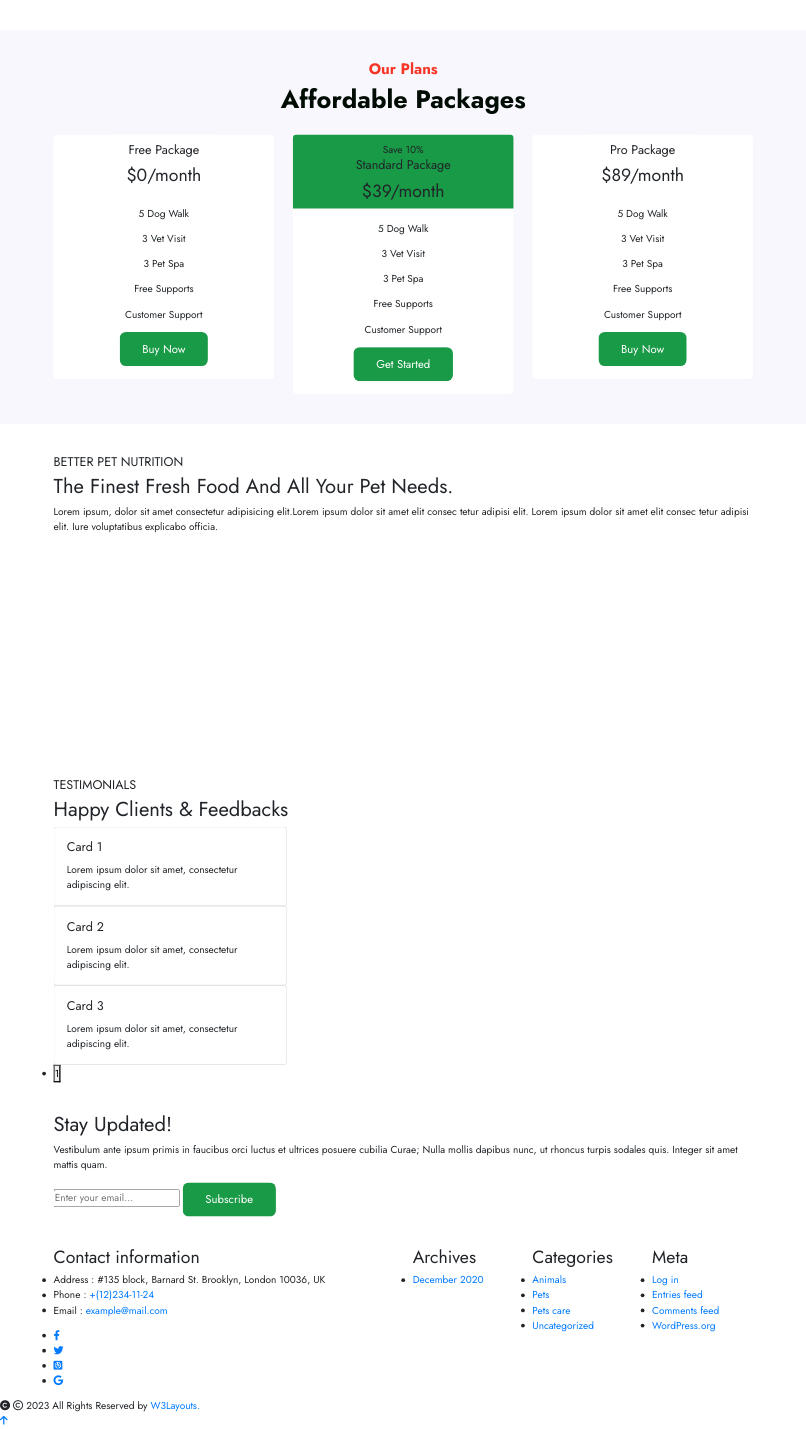
Repository: thanhfrankie/poochcare
Page: index.html
The author's editor kept a copy of each file at every save. The page is drawn from the files as they stood at one save, then again after a run of saves.
The browser window is 1280 px wide. The pictures show the whole page, at 63% of full size.
Pictures or frames that could not be fetched are drawn as grey boxes.

Above is the page before, as saved 2023-12-20 22:26:30.

### index.html
<!DOCTYPE html>
<html lang="en">
  <head>
    <title>Pooch Care</title>
    <!-- Required meta tags -->
    <meta charset="utf-8" />
    <meta
      name="viewport"
      content="width=device-width, initial-scale=1, shrink-to-fit=no"
    />
    <!-- FONT AWESOME -->
    <link
      rel="stylesheet"
      href="https://cdnjs.cloudflare.com/ajax/libs/font-awesome/6.4.2/css/all.min.css"
      integrity="sha512-z3gLpd7yknf1YoNbCzqRKc4qyor8gaKU1qmn+CShxbuBusANI9QpRohGBreCFkKxLhei6S9CQXFEbbKuqLg0DA=="
      crossorigin="anonymous"
      referrerpolicy="no-referrer"
    />
    <!-- Bootstrap CSS -->
    <link
      rel="stylesheet"
      href="https://stackpath.bootstrapcdn.com/bootstrap/4.3.1/css/bootstrap.min.css"
      integrity="sha384-ggOyR0iXCbMQv3Xipma34MD+dH/1fQ784/j6cY/iJTQUOhcWr7x9JvoRxT2MZw1T"
      crossorigin="anonymous"
    />
    <!-- Font Jost -->
    <link rel="preconnect" href="https://fonts.googleapis.com" />
    <link rel="preconnect" href="https://fonts.gstatic.com" crossorigin />
    <link
      href="https://fonts.googleapis.com/css2?family=Jost:wght@300;400;700&display=swap"
      rel="stylesheet"
    />
    <!-- Pricing CSS -->
    <link rel="stylesheet" href="./css/pricing.css" />
    <!-- pet food CSS (em đặt tên nutrition hay pet-nutrition hay pet__nutrition nó không cho đặt vậy ạ) -->
    <link rel="stylesheet" href="./css/petfood.css" />
    <!-- Testimonials CSS -->
    <link rel="stylesheet" href="./css/testimonials.css" />
    <!-- Subscribe CSS -->
    <link rel="stylesheet" href="./css/subscribe.css" />
    <!-- footer CSS -->
    <link rel="stylesheet" href="./css/footer.css" />
    <!-- Main CSS -->
    <link rel="stylesheet" href="./css/style.css" />
  </head>
  <body>
    <!-- Pricing -->
    <section class="pricing" id="pricing">
      <div class="container mt-5 py-5">
        <div class="title">
          <h4>Our Plans</h4>
          <h2>Affordable Packages</h2>
        </div>
        <div class="row mt-6 ">
          <!-- Pricing Card 1 -->
          <div class="col-lg-4">
            <div class="card">
              <div class="card-header">
                <h5 class="card-title">Free Package</h5>
                <h3 class="card-text">$0/month</h3>
              </div>
              <div class="card-body">
                <p class="card-text">5 Dog Walk</p>
                <p class="card-text">3 Vet Visit</p>
                <p class="card-text">3 Pet Spa</p>
                <p class="card-text">Free Supports</p>
                <p class="card-text">Customer Support</p>
                <a href="#" class="btn btn-buy">Buy Now</a>
              </div>
            </div>
          </div>

          <!-- Pricing Card 2 -->
          <div class="col-lg-4">
            <div class="card card2">
              <div class="card-header">
                <div class="card-save">Save 10%</div>
                <h5 class="card-title">Standard Package</h5>
                <h3 class="card-text">$39/month</h3>
              </div>
              <div class="card-body">
                <p class="card-text">5 Dog Walk</p>
                <p class="card-text">3 Vet Visit</p>
                <p class="card-text">3 Pet Spa</p>
                <p class="card-text">Free Supports</p>
                <p class="card-text">Customer Support</p>
                <a href="#" class="btn btn-buy">Get Started</a>
              </div>
            </div>
          </div>

          <!-- Pricing Card 3 -->
          <div class="col-lg-4">
            <div class="card">
              <div class="card-header">
                <h5 class="card-title">Pro Package</h5>
                <h3 class="card-text">$89/month</h3>
              </div>
              <div class="card-body">
                <p class="card-text">5 Dog Walk</p>
                <p class="card-text">3 Vet Visit</p>
                <p class="card-text">3 Pet Spa</p>
                <p class="card-text">Free Supports</p>
                <p class="card-text">Customer Support</p>
                <a href="#" class="btn btn-buy">Buy Now</a>
              </div>
            </div>
          </div>
        </div>
      </div>
    </section>
    <!-- PET NUTRITION -->
    <section class="nutrition">
      <div class="container mt-5">
        <h5>BETTER PET NUTRITION</h5>
        <h2>The Finest Fresh Food And All Your Pet Needs.</h2>
        <p>
          Lorem ipsum, dolor sit amet consectetur adipisicing elit.Lorem ipsum
          dolor sit amet elit consec tetur adipisi elit. Lorem ipsum dolor sit
          amet elit consec tetur adipisi elit. Iure voluptatibus explicabo
          officia.
        </p>
        <iframe
          width="560"
          height="315"
          src="https://www.youtube.com/embed/JXUTJNv4j6A?si=1nzgvqwKbkVzJ4BS"
          title="YouTube video player"
          frameborder="0"
          allow="accelerometer; autoplay; clipboard-write; encrypted-media; gyroscope; picture-in-picture; web-share"
          allowfullscreen
        ></iframe>
      </div>
    </section>
    <!-- TESTIMONIALS -->
    <section class="testimonial">
      <div class="container mt-5">
        <h5>TESTIMONIALS</h5>
        <h2>Happy Clients & Feedbacks</h2>
        <div class="slick-carousel">
          <!-- Slick Carousel Item 1 -->
          <div class="card">
            <div class="card-body">
              <h5 class="card-title">Card 1</h5>
              <p class="card-text">
                Lorem ipsum dolor sit amet, consectetur adipiscing elit.
              </p>
            </div>
          </div>

          <!-- Slick Carousel Item 2 -->
          <div class="card">
            <div class="card-body">
              <h5 class="card-title">Card 2</h5>
              <p class="card-text">
                Lorem ipsum dolor sit amet, consectetur adipiscing elit.
              </p>
            </div>
          </div>

          <!-- Slick Carousel Item 3 -->
          <div class="card">
            <div class="card-body">
              <h5 class="card-title">Card 3</h5>
              <p class="card-text">
                Lorem ipsum dolor sit amet, consectetur adipiscing elit.
              </p>
            </div>
          </div>
        </div>
      </div>
    </section>
    <!-- Subscribe -->
    <section class="subscribe">
      <div class="container mt-5">
        <h2>Stay Updated!</h2>
        <p>
          Vestibulum ante ipsum primis in faucibus orci luctus et ultrices
          posuere cubilia Curae; Nulla mollis dapibus nunc, ut rhoncus turpis
          sodales quis. Integer sit amet mattis quam.
        </p>
        <input
          type="email"
          name=""
          id="subscribe"
          placeholder="Enter your email..."
        />
        <button class="btn">Subscribe</button>
      </div>
    </section>
    <footer>
      <div class="container mt-5">
        <div class="row">
          <div class="col-lg-6">
            <h3>Contact information</h3>
            <ul class="footer__contact">
              <li>
                Address : #135 block, Barnard St. Brooklyn, London 10036, UK
              </li>
              <li>
                Phone :
                <span>
                  <a href="#">+(12)234-11-24</a>
                </span>
              </li>
              <li>
                Email :
                <span>
                  <a href="#">example@mail.com</a>
                </span>
              </li>
            </ul>
            <ul class="footer__social">
              <li>
                <a href="https://www.facebook.com/w3layouts/">
                  <i class="fa-brands fa-facebook-f"></i
                ></a>
              </li>
              <li>
                <a href="https://twitter.com/W3layouts"
                  ><i class="fa-brands fa-twitter"></i
                ></a>
              </li>
              <li>
                <a href="https://dribbble.com/w3layouts"
                  ><i class="fa-brands fa-square-dribbble"></i
                ></a>
              </li>
              <li>
                <a href="https://myaccount.google.com/intro/profile"
                  ><i class="fa-brands fa-google"></i
                ></a>
              </li>
            </ul>
          </div>
          <div class="col-lg-6">
            <div class="row">
              <div class="col-sm-4">
                <h3>Archives</h3>
                <ul>
                  <li>
                    <a href="#"> December 2020 </a>
                  </li>
                </ul>
              </div>
              <div class="col-sm-4">
                <h3>Categories</h3>
                <ul>
                  <li>
                    <a href="#"> Animals </a>
                  </li>
                  <li>
                    <a href="#"> Pets </a>
                  </li>
                  <li>
                    <a href="#"> Pets care </a>
                  </li>
                  <li>
                    <a href="#"> Uncategorized </a>
                  </li>
                </ul>
              </div>
              <div class="col-sm-4">
                <h3>Meta</h3>
                <ul>
                  <li>
                    <a href="#"> Log in </a>
                  </li>
                  <li>
                    <a href="#"> Entries feed </a>
                  </li>
                  <li>
                    <a href="#"> Comments feed </a>
                  </li>
                  <li>
                    <a href="#"> WordPress.org </a>
                  </li>
                </ul>
              </div>
            </div>
          </div>
        </div>
      </div>
      <div class="copyright">
        <i class="fa fa-copyright" aria-hidden="true"></i>
        <i class="fa-regular fa-copyright"></i>
        <span
          >2023 All Rights Reserved by
          <a href="https://w3layouts.com/">W3Layouts.</a></span
        >
      </div>
    </footer>
    <a href="#" class="backToTop cd-top text-replace js-cd-top">
      <i class="fa fa-arrow-up"></i>
    </a>
    <!-- Optional JavaScript -->
    <!-- jQuery first, then Popper.js, then Bootstrap JS -->
    <script
      src="https://code.jquery.com/jquery-3.3.1.slim.min.js"
      integrity="sha384-q8i/X+965DzO0rT7abK41JStQIAqVgRVzpbzo5smXKp4YfRvH+8abtTE1Pi6jizo"
      crossorigin="anonymous"
    ></script>
    <script
      src="https://cdnjs.cloudflare.com/ajax/libs/popper.js/1.14.7/umd/popper.min.js"
      integrity="sha384-UO2eT0CpHqdSJQ6hJty5KVphtPhzWj9WO1clHTMGa3JDZwrnQq4sF86dIHNDz0W1"
      crossorigin="anonymous"
    ></script>
    <script
      src="https://stackpath.bootstrapcdn.com/bootstrap/4.3.1/js/bootstrap.min.js"
      integrity="sha384-JjSmVgyd0p3pXB1rRibZUAYoIIy6OrQ6VrjIEaFf/nJGzIxFDsf4x0xIM+B07jRM"
      crossorigin="anonymous"
    ></script>
    <!-- slick carousel  -->
    <script
      src="https://cdnjs.cloudflare.com/ajax/libs/slick-carousel/1.8.1/slick.min.js"
      integrity="sha512-XtmMtDEcNz2j7ekrtHvOVR4iwwaD6o/FUJe6+Zq+HgcCsk3kj4uSQQR8weQ2QVj1o0Pk6PwYLohm206ZzNfubg=="
      crossorigin="anonymous"
      referrerpolicy="no-referrer"
    ></script>
    <script>
      // Initialize Slick Carousel
      $(".slick-carousel").slick({
        slidesToShow: 3,
        slidesToScroll: 1,
        dots: true,
        prevArrow: '<button type="button" class="slick-prev">&#9665;</button>',
        nextArrow: '<button type="button" class="slick-next">&#9655;</button>',
        responsive: [
          {
            breakpoint: 768,
            settings: {
              slidesToShow: 2,
            },
          },
          {
            breakpoint: 576,
            settings: {
              slidesToShow: 1,
            },
          },
        ],
      });
    </script>
  </body>
</html>

### css/pricing.css
.pricing {
  background-color: #f9f7fe;
}
.pricing .container {
  width: 100%;
}
.pricing .container .title {
  display: flex;
  justify-content: center;
  align-items: center;
  flex-direction: column;
  padding-bottom: 25px;
}
.pricing .container .title h4 {
  color: #f53626;
  font-weight: 550;
}
.pricing .title h2 {
  font-size: 40px;
  font-weight: 600;
  line-height: 48px;
  text-transform: capitalize;
  color: #000c04;
}
.pricing .container .row {
  /* border: 1px solid blue; */
}
.pricing .container .row .card {
  display: flex;
  justify-content: center;
  align-items: center;
  flex-direction: column;
  text-align: center;
  background-color: #ffffff;
  border-radius: 5px;
  border: none;
}
.pricing .container .row .card .card-header {
    background-color: white;
    border:  none;
}
.pricing .container .row .card2 {
  mar
  box-shadow: 0 10px 30px 0 rgba(17, 17, 17, 0.09);
  z-index: 1;
}
.pricing .container .row .card2 .card-header {
  width: 100%;
  background-color: #189a46;
  border-top-right-radius: 5px;
  border-top-left-radius: 5px;
  line-height: 1.5;
}
/* .pricing .container .row .card2 .card-header::before {
    content: "";
    width: 100%;
    height: 150px;
    position: absolute;
    top: 0;
    left: 0;
    background-color: #189a46;
    transform: translateY(-50%);
    z-index: -1;
    margin-top: 50px;
} */
.btn-buy,.btn {
    background-color: #189a46;
    padding: 12px 35px;
    font-size: 18px;
    line-height: 28px;
    text-transform: capitalize;
    font-weight: 400;
    color: white;
    border-radius: 10px;
}
.btn:hover {
    color: #fff;
    background-color: #116E32;
    border-color: #116E32;
}
.pricing .container .row .card2 .btn-buy:hover{
    background-color: #189a46;
    border-color: #189a46;
}

### css/testimonials.css
TESTIMONIALS

### css/style.css
/* Global */
* {
  padding: 0;
  margin: 0;
  box-sizing: border-box;
}
html,
body {
  font-family: "Jost", sans-serif;
}

Loaded but not shown: css/footer.css (no copy from this time; the picture is the same without it); css/petfood.css (no copy from this time; the picture is the same without it); css/subscribe.css (no copy from this time; the picture is the same without it)

After the next 2 saves:
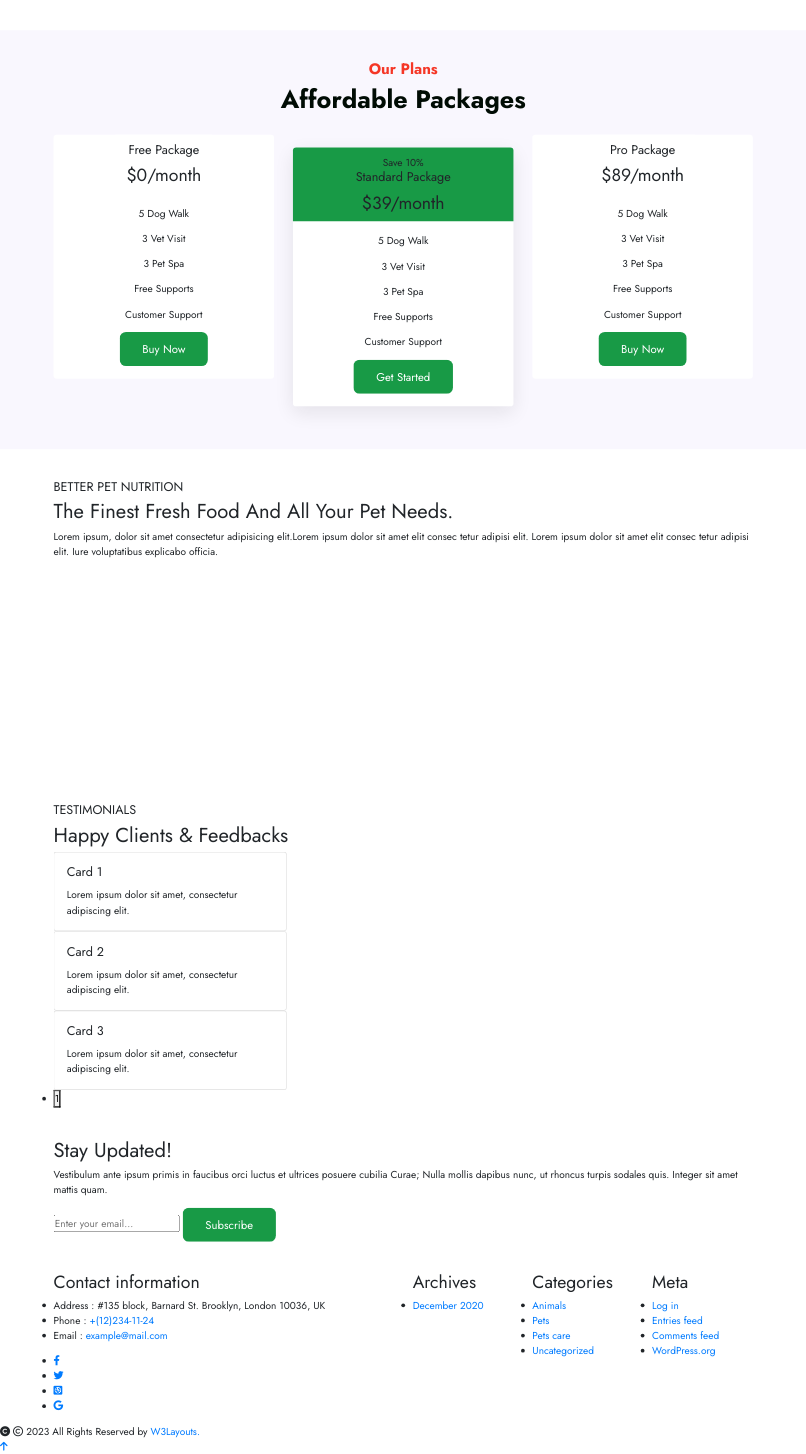
The 2 saves are shown as one change because they came seconds apart.
The last was saved 7 s later.
--- a/css/pricing.css
+++ b/css/pricing.css
@@ -40,7 +40,7 @@
     border:  none;
 }
 .pricing .container .row .card2 {
-  mar
+  margin: 20px 0;
   box-shadow: 0 10px 30px 0 rgba(17, 17, 17, 0.09);
   z-index: 1;
 }
